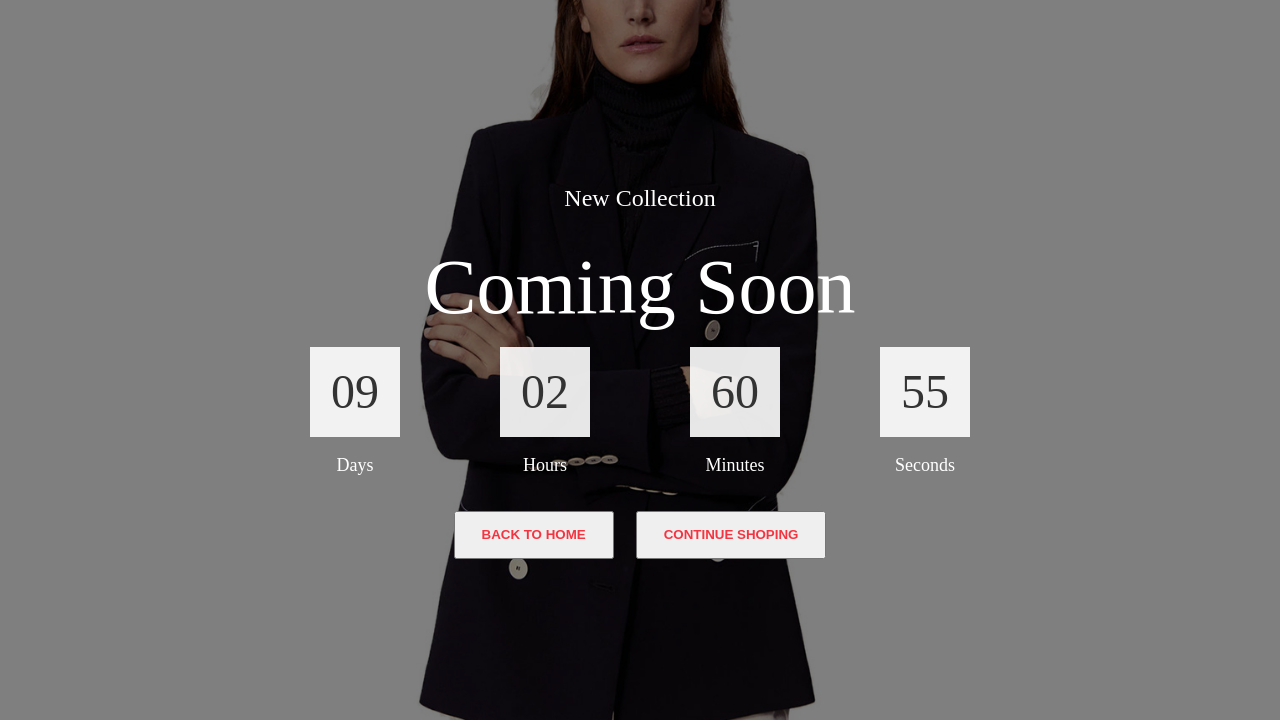
Repository: ST-United-Internship/Modaz-4life
Page: comingsoon&FAQ/coming-soon.html
The author's editor kept a copy of each file at every save. The page is drawn from the files as they stood at one save, then again after the next save.
The browser window is 1280 px wide. The pictures show the whole page.

Above is the page before, as saved 2023-03-22 10:12:40.

After the next save:
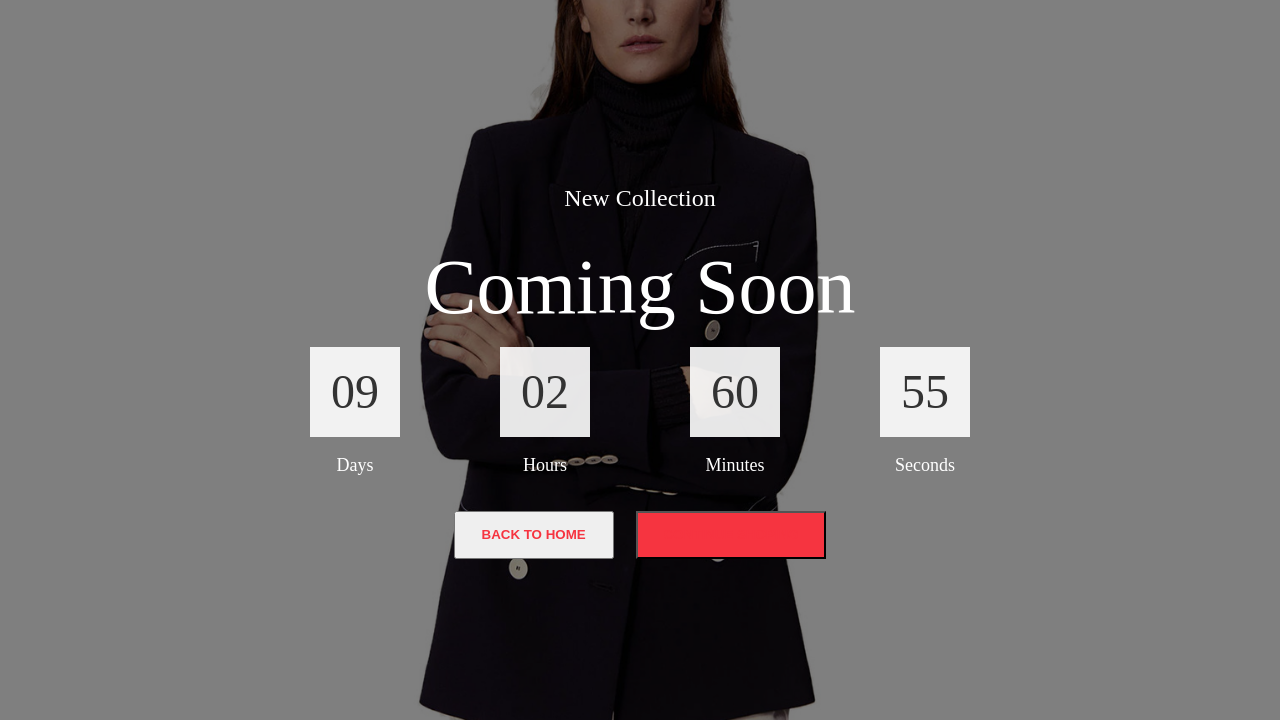
Saved 31 s later.
--- a/comingsoon&FAQ/css/comming-soon.css
+++ b/comingsoon&FAQ/css/comming-soon.css
@@ -94,6 +94,7 @@
     text-transform: uppercase;
     margin: 0 9px;
     color: #f63440;
+    background-color: #f63440;
 }
 
 
